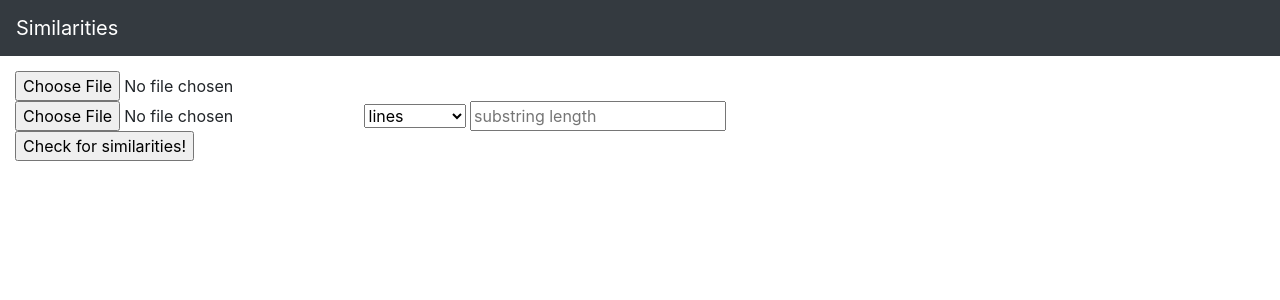
Repository: Watersilver/cs50
Page: http://localhost/
The author's editor kept a record of every edit. The page is drawn from the files as they stood at one moment, then again after the next edit.
The browser window is 1280 px wide. The pictures show the whole page.
Some web libraries are served in a nearby version. The page is served by the project's application, run on Flask 3 (pset6/similarities/less/application.py).

Above is the page before.

After the next edit:
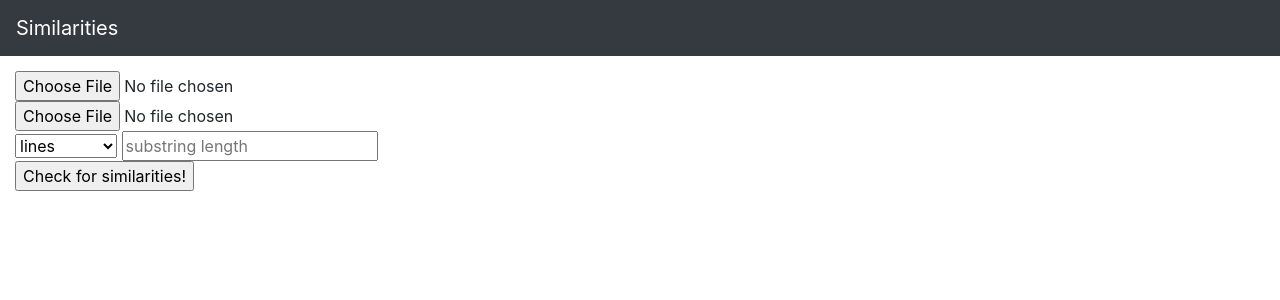
The edit:
--- a/workspace/pset6/similarities/less/templates/index.html
+++ b/workspace/pset6/similarities/less/templates/index.html
@@ -8,7 +8,9 @@
                 <input type="file" name="file1"/>
             </div>
 
-            <input type="file" name="file2"/>
+            <div>
+                <input type="file" name="file2"/>
+            </div>
 
             <select name="algorithm">
                 <option>lines</option>
